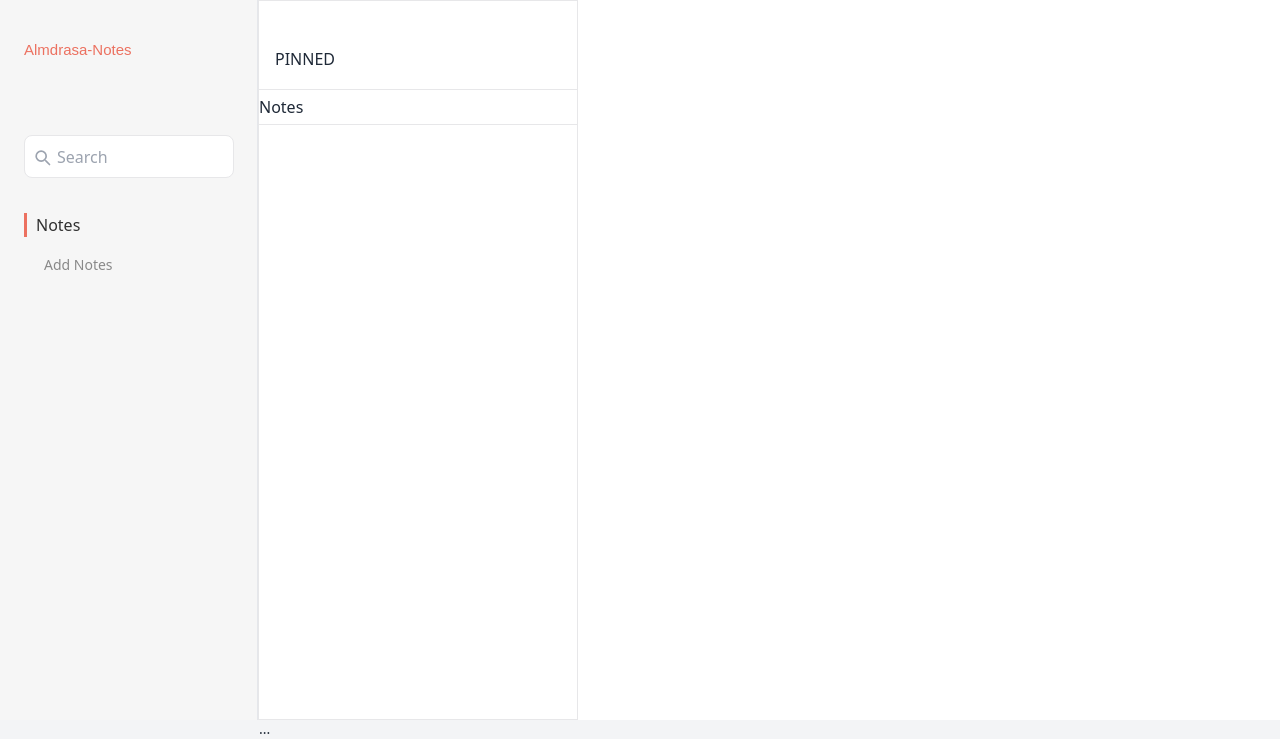
Repository: wafaa399/Note-App
Page: index.html
An editor plug-in stored every save of this project. The page is shown before and after the next save, followed by the edit.
The browser window is 1280 px wide. The pictures show the whole page.
Some web fonts or font styles are not loaded; a fallback is used. Some web libraries are served in a nearby version.

Above is the page before, as saved 2026-07-18 01:03:52.

After the next save:
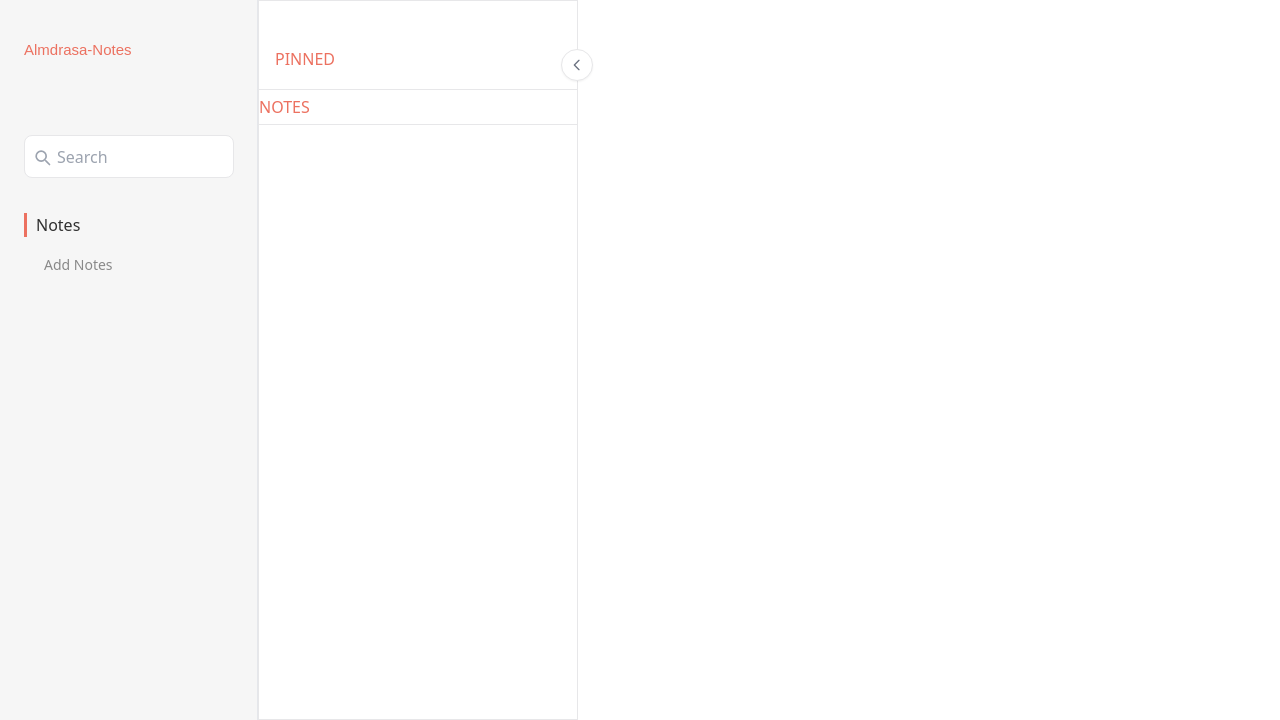
Saved 4 min 29 s later.
--- a/index.html
+++ b/index.html
@@ -99,30 +99,71 @@
       </aside>
 
       <!--============NOTES LIST============ -->
-
-      <section class="relative w-80 flex-shrink-0 border border-[#E7E7E9] bg-white h-full">
+      <section
+  class="relative w-80 h-full flex-shrink-0 bg-white border border-[#E7E7E9]"
+>
+  <!-- Toggle Button -->
+  <button
+    id="toggleBtn"
+    class="absolute top-12 right-0 translate-x-1/2 z-30
+           w-8 h-8 bg-white border border-[#E7E7E9]
+           rounded-full shadow-sm flex items-center justify-center
+           hover:bg-gray-50 transition"
+  >
+    <svg
+      id="toggleIcon"
+      class="w-4 h-4 text-gray-500 transition-transform"
+      fill="none"
+      stroke="currentColor"
+      viewBox="0 0 24 24"
+    >
+      <path
+        stroke-linecap="round"
+        stroke-linejoin="round"
+        stroke-width="2"
+        d="M15 19l-7-7 7-7"
+      />
+    </svg>
+  </button>
+
+  <!-- Scrollable Content -->
   <div class="h-full overflow-y-auto overflow-x-hidden pt-12">
 
+    <!-- PINNED -->
     <div class="px-4">
-      <p class="text-[1rem] font-normal mb-2">PINNED</p>
-      <div id="pinnedList" class="space-y-1"></div>
-    </div>
-
+      <p class="text-[1rem] font-normal text-[#EC7160] mb-2">
+        PINNED
+      </p>
+
+      <div id="pinnedList" class="space-y-1">
+        <!-- Pinned Notes -->
+      </div>
+    </div>
+
+    <!-- NOTES -->
     <div class="mt-5">
-      <div class="-mx-4 h-[36px] border-y border-[#E7E7E9] flex items-center">
-        <p class="px-4 text-[1rem] font-normal">Notes</p>
-      </div>
-
-      <div id="notesList" class="px-4 space-y-1 mt-2">
-        <!-- النوتس هتضاف هنا -->
+      <div
+        class="-mx-4 h-[36px] border-y border-[#E7E7E9] flex items-center"
+      >
+        <p class="px-4 text-[1rem] font-normal text-[#EC7160]">
+          NOTES
+        </p>
+      </div>
+
+      <div id="notesList" class="px-4 py-2 space-y-2">
+        <!-- Notes تظهر هنا -->
+
+        <!-- مثال -->
+        <!--
+        <div class="border border-[#E7E7E9] rounded-lg p-3">
+          <h3 class="font-medium text-[#303030]">Post 01</h3>
+          <p class="text-sm text-gray-500">Lorem ipsum...</p>
+        </div>
+        -->
       </div>
     </div>
 
   </div>
-
-  <button id="toggleBtn" ...>
-    ...
-  </button>
 </section>
 
 
